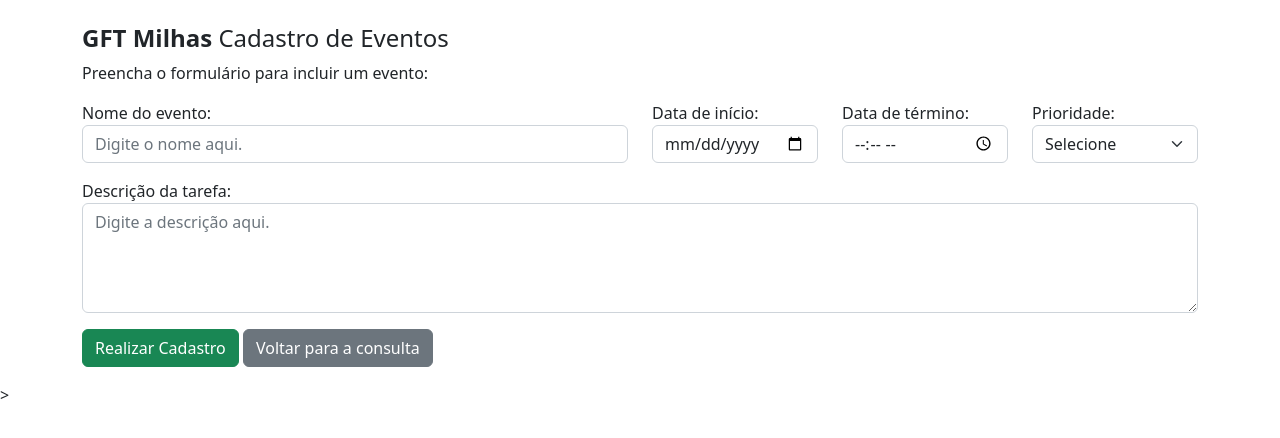
Repository: thamaraamaral/desafio_mvc1
Page: http://localhost/gft-milhas/WEB-INF/views/eventos-cadastro.jsp
These files come from the project's save history. The page is drawn as it stood at one moment and after the next save; the edit follows.
The browser window is 1280 px wide. The pictures show the whole page.
The page is served by Tomcat 9. Nobody is signed in. The template is opened directly, without the code that normally fills it, so the values that code supplies are empty.

Above is the page before, as saved 2022-10-28 18:26:26.

After the next save:
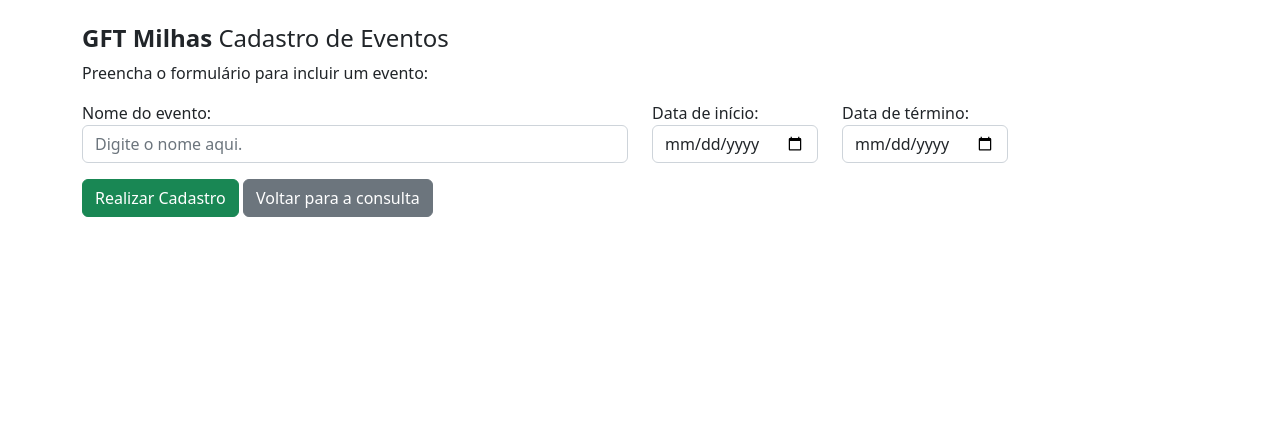
Saved 34 s later.
--- a/gft-milhas/src/main/webapp/WEB-INF/views/eventos-cadastro.jsp
+++ b/gft-milhas/src/main/webapp/WEB-INF/views/eventos-cadastro.jsp
@@ -38,26 +38,17 @@
 				</div>
 				<div class="col-md-2">
 					<label>Data de término:</label>
-					<input type="time" class="form-control"/>
+					<input type="date" class="form-control"/>
 				</div>
-				<div class="col-md-2">
-					<label>Prioridade:</label>
-					<select class="form-select">
-						<option>Selecione</option>
-					</select>
-				</div>
+
 			</div>
 
-			<div class="mb-3">
-				<label>Descrição da tarefa:</label>
-				<textarea class="form-control" rows="4" placeholder="Digite a descrição aqui."></textarea>
-			</div>
 
 			<div class="mb-3">
 
 				<input type="submit" value="Realizar Cadastro" class="btn btn-success"/>
 
-				<a href="/agendaweb/tarefas-consulta" class="btn btn-secondary">
+				<a href="/gft-milhas/eventos-consulta" class="btn btn-secondary">
 					Voltar para a consulta
 				</a>
 
@@ -68,4 +59,4 @@
 	</div>
 
 </body>
-</html>>
+</html>
